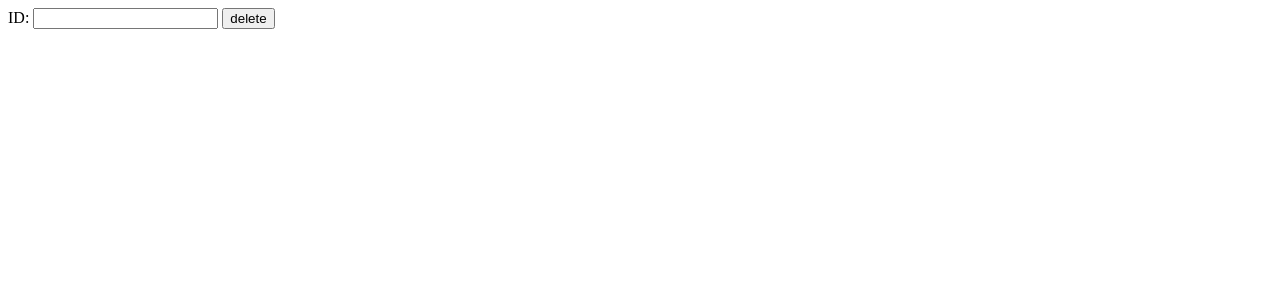
Repository: poobalan5397/corejava
Page: firstWebsite/src/main/webapp/Deleteemployee.html
The author's editor kept a copy of each file at every save. The page is drawn from the files as they stood at one save, then again after the next save.
The browser window is 1280 px wide. The pictures show the whole page.

Above is the page before, as saved 2022-05-24 16:36:59.

After the next save:
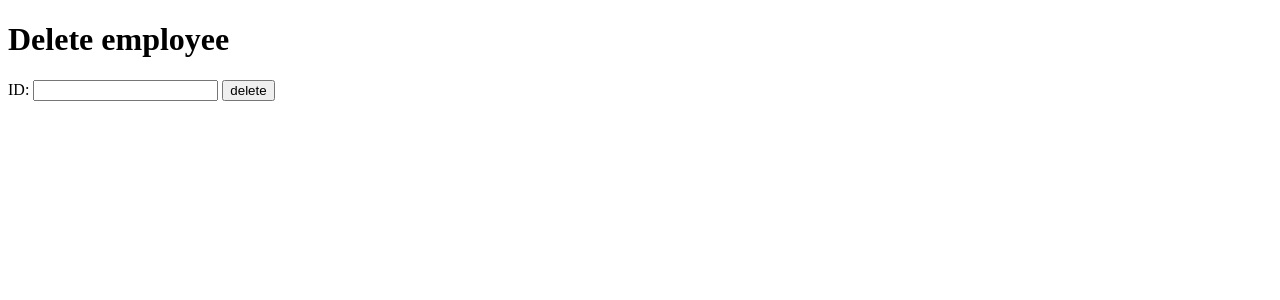
Saved 6 min 47 s later.
--- a/firstWebsite/src/main/webapp/Deleteemployee.html
+++ b/firstWebsite/src/main/webapp/Deleteemployee.html
@@ -6,6 +6,7 @@
 </head>
 <body>
 <form action="Employees" method="Delete">
+<h1>Delete employee</h1>
 ID: <input type='text' name='id'>
 <input type=submit value='delete' name='submit'>
 </center>
